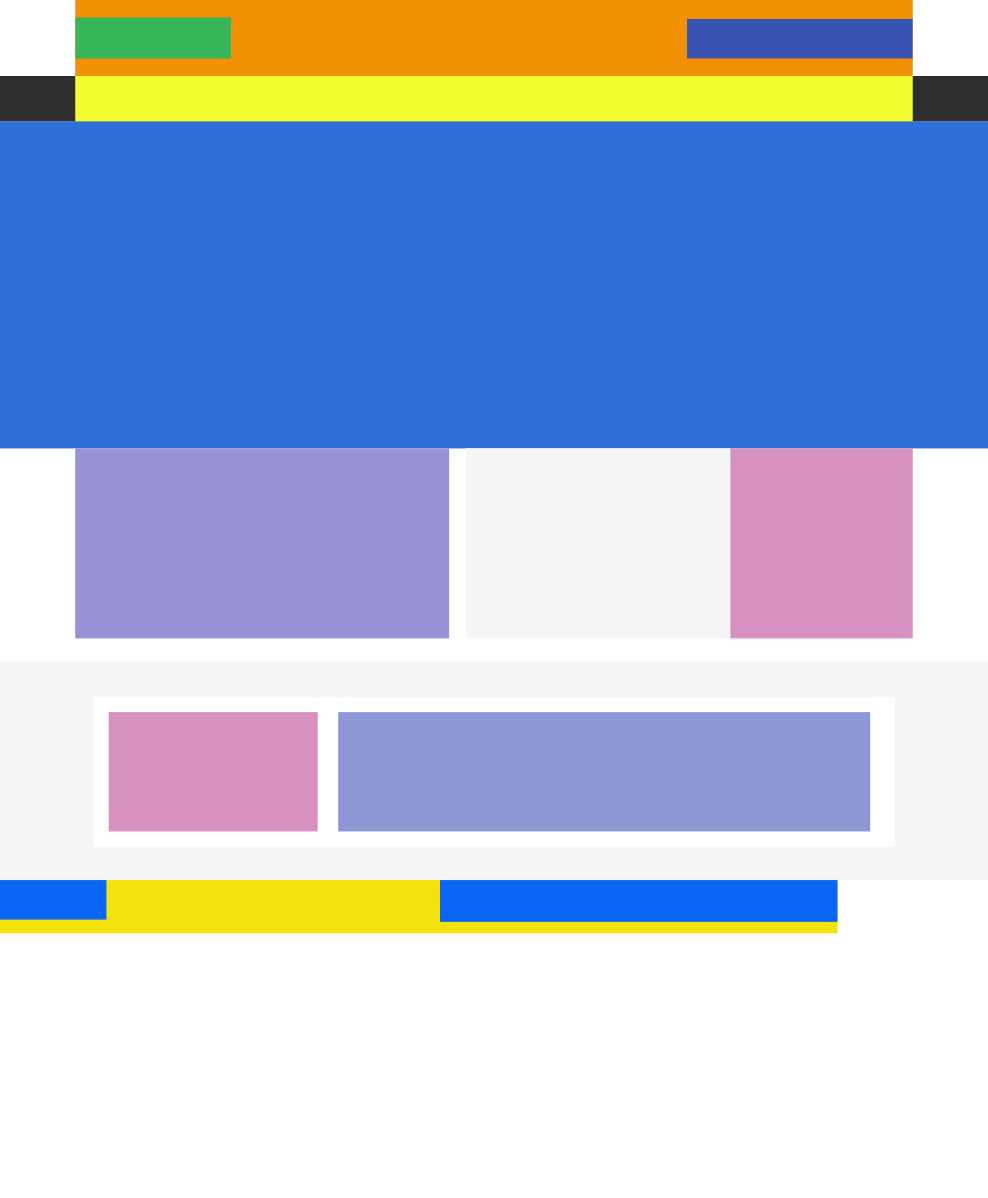
Repository: A1LExX/H5_study_set
Page: day04/扣丁.html
The author's editor kept a copy of each file at every save. The page is drawn from the files as they stood at one save, then again after the next save.
The browser window is 1280 px wide. The page is 1300 px wide, so the pictures cover 1300 px, including what lies to the right of the window. The pictures show the whole page, at 76% of full size.

Above is the page before, as saved 2021-06-24 20:57:50.

After the next save:
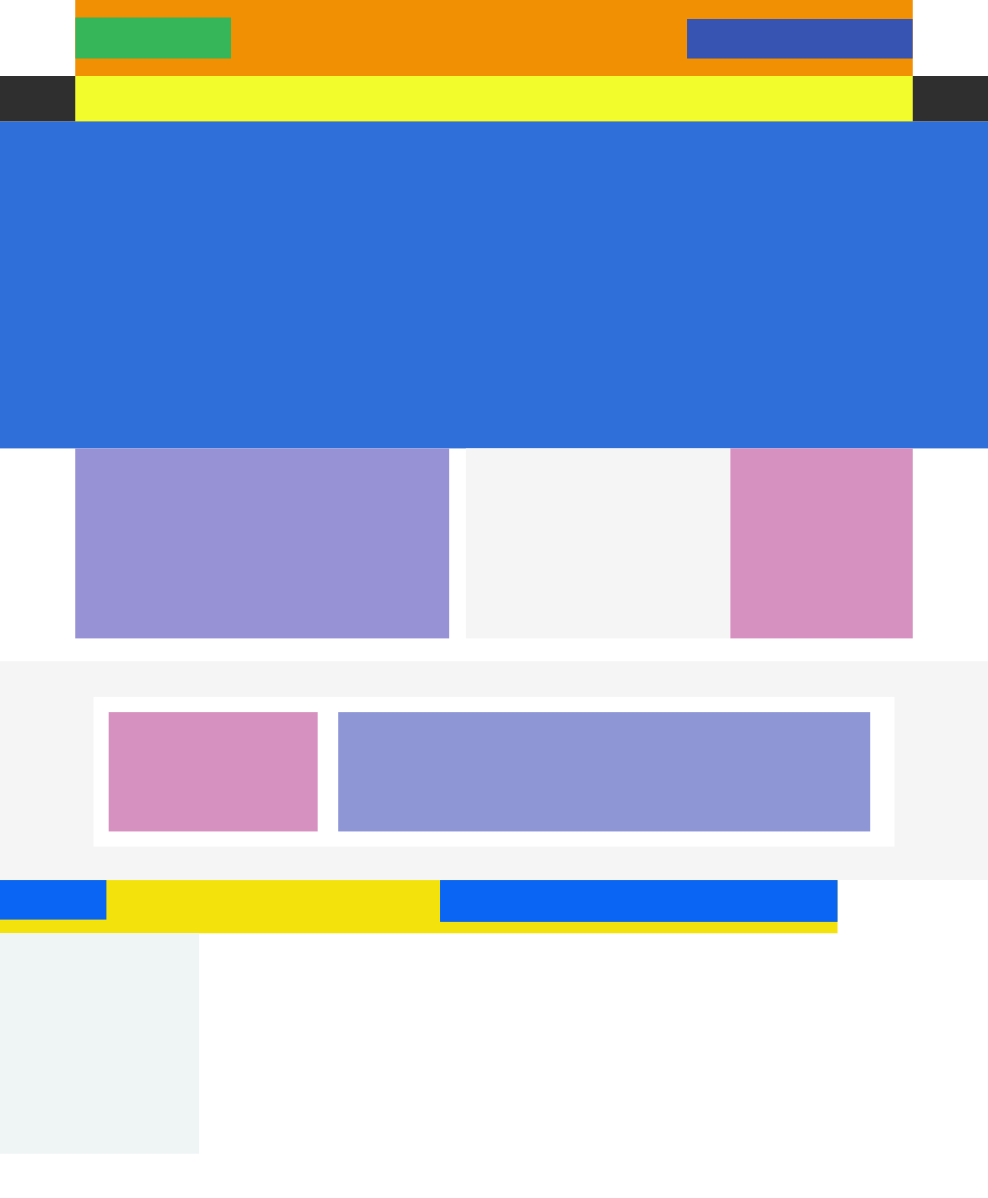
Saved 33 s later.
--- a/day04/css/codingke.css
+++ b/day04/css/codingke.css
@@ -2,7 +2,7 @@
  * @author [Alex Wei]
  * @email [w2262196@outlook.com]
  * @create date 2021-06-24 13:00:50
- * @modify date 2021-06-24 20:57:50
+ * @modify date 2021-06-24 20:58:23
  * @desc [description]
  */
 *{
@@ -144,6 +144,7 @@
     width: 262px;
     height: 290px;
     float: left;
+    background: #eff4f5;
 }
 .out4_2Box2{
     width: 262px;
